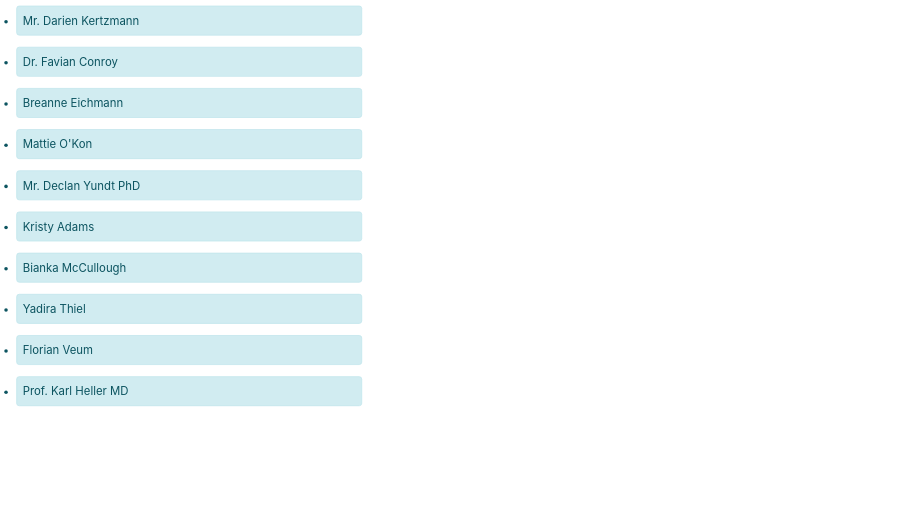
Repository: yatharth-vataliya/the-core-php-js
Page: http://localhost/prac_17.php
The author's editor kept a copy of each file at every save. The page is drawn from the files as they stood at one save, then again after the next save.
The browser window is 1280 px wide. The pictures show the whole page, at 71% of full size.
Some web libraries are served in a nearby version. The page is run by PHP 8.4 with error messages shown; the project is at /var/www/html/. The database holds what the project's SQL file puts in it.

Above is the page before, as saved 2020-12-26 18:19:48.

### prac_17.php
<?php

require_once("db.php");

$st = $pdo->prepare('SELECT * FROM sort_it ORDER BY order_id ASC');
$st->execute();

$data = $st->fetchAll(PDO::FETCH_OBJ);

?>
<!doctype html>
<html lang="en">

<head>
  <!-- Required meta tags -->
  <meta charset="utf-8">
  <meta name="viewport" content="width=device-width, initial-scale=1, shrink-to-fit=no">

  <!-- Bootstrap CSS -->
  <link rel="stylesheet" href="https://cdn.jsdelivr.net/npm/bootstrap@4.5.3/dist/css/bootstrap.min.css" integrity="sha384-TX8t27EcRE3e/ihU7zmQxVncDAy5uIKz4rEkgIXeMed4M0jlfIDPvg6uqKI2xXr2" crossorigin="anonymous">
  <link rel="stylesheet" href="https://code.jquery.com/ui/1.12.1/themes/base/jquery-ui.css">
  <style>

  </style>
  <title>Title</title>
</head>

<body>
  <div class="container-fluid">
    <div class="row">
      <div class="col-md-5">
        <ul id="sortable" class="p-2">
          <?php foreach ($data as $dt) : ?>
            <li class="p-2 alert alert-info" data-id="<?php echo $dt->id; ?>"><?php echo $dt->product_name; ?></li>
          <?php endforeach; ?>
        </ul>
      </div>
    </div>
  </div>

  <div class="container-fluid">

  </div>

  <script src="https://code.jquery.com/jquery-3.5.1.js"></script>
  <script src="https://cdn.jsdelivr.net/npm/bootstrap@4.5.3/dist/js/bootstrap.bundle.min.js"></script>
  <script src="https://code.jquery.com/ui/1.12.1/jquery-ui.js"></script>

  <script>
    $(function() {
      $("#sortable").sortable({
        update: function(event, ui) {
          var od_array = new Array();
          $("#sortable li").each(function() {
            od_array.push($(this).data("id"));
          });
          var http = new XMLHttpRequest();
          http.onreadystatechange = function() {
            if (this.readyState == 4 && this.status == 200) {
              response = JSON.parse(this.response);
              alert(response.message);
            }
          }
          http.open("POST", "reorder.php");
          form_data = new FormData();
          for (i = 0; i < od_array.length; i++) {
            form_data.append('data_id[]', od_array[i]);
          }
          http.send(form_data);
        }
      });
      $("#sortable").disableSelection();
    });
  </script>

</body>

</html>

### db.php
<?php
$dsn = 'mysql:host=localhost;dbname=practice';
$username = 'root';
$password = 'rootroot';
$options = array(
	PDO::MYSQL_ATTR_INIT_COMMAND => 'SET NAMES utf8',
	PDO::ATTR_ERRMODE => PDO::ERRMODE_EXCEPTION
);

$pdo = new PDO($dsn, $username, $password, $options);
?>

### practice.sql (the tables this page reads)
CREATE TABLE `sort_it` (
  `id` int(11) NOT NULL,
  `product_name` varchar(100) NOT NULL,
  `description` varchar(200) DEFAULT NULL,
  `order_id` int(11) NOT NULL DEFAULT '0'
) ENGINE=InnoDB DEFAULT CHARSET=utf8mb4;

INSERT INTO `sort_it` (`id`, `product_name`, `description`, `order_id`) VALUES
(1, 'Kristy Adams', 'Quam ut perferendis vel magnam. Enim deleniti illo doloribus est praesentium. Aliquam aliquam enim autem et dolore. Neque labore deleniti et incidunt.', 6),
(2, 'Yadira Thiel', 'Dignissimos consequatur quidem ea architecto et. Aut asperiores nesciunt velit repellendus error provident dolorum. Qui eos aut in praesentium qui magnam voluptatem.', 7),
(3, 'Mr. Darien Kertzmann', 'Sapiente quaerat consequuntur rem quia. Architecto facere numquam qui. Velit eligendi ex quia qui ipsum.', 1),
(4, 'Dr. Favian Conroy', 'Doloribus similique repellendus nihil explicabo dicta. Similique minima quis mollitia officiis temporibus libero. Sunt sit qui autem consequatur et. Corrupti sed earum delectus voluptatem.', 2),
(5, 'Florian Veum', 'Totam ut vel natus repudiandae quas. Vel quia similique sint. Qui quo architecto culpa dolorem. Rem quos recusandae quas.', 8),
(6, 'Breanne Eichmann', 'Eum ea et sunt ratione quo. Veritatis iusto incidunt et dolor beatae officiis ipsum. Est placeat labore et molestiae ex est. Excepturi et veritatis sunt expedita.', 3),
(7, 'Mattie O\'Kon', 'Quibusdam dolores commodi alias quam eaque et qui. Doloribus ut ipsam tenetur odit quia assumenda ipsam. Sit sed veniam nostrum quis deleniti. Vel ea dolorem eum doloremque.', 4),
(8, 'Mr. Declan Yundt PhD', 'Quaerat et voluptatibus eos. Unde voluptas repellat est qui fugiat sit. Soluta amet est perspiciatis harum ea. Maxime dolorem quam aliquam id. At aut recusandae est consequatur mollitia dolorem unde.', 5),
(9, 'Bianka McCullough', 'Officia ut in et molestias cupiditate qui modi. Quia voluptatem sed rem cupiditate rerum. Enim nihil eligendi assumenda porro.', 6),
(10, 'Prof. Karl Heller MD', 'Aut consectetur sed sunt minus. Dolores quidem aut facilis aut. Accusantium explicabo laudantium consequatur aut similique qui.', 9);

ALTER TABLE `sort_it`
  ADD PRIMARY KEY (`id`);

ALTER TABLE `sort_it`
  MODIFY `id` int(11) NOT NULL AUTO_INCREMENT, AUTO_INCREMENT=11;

After the next save:
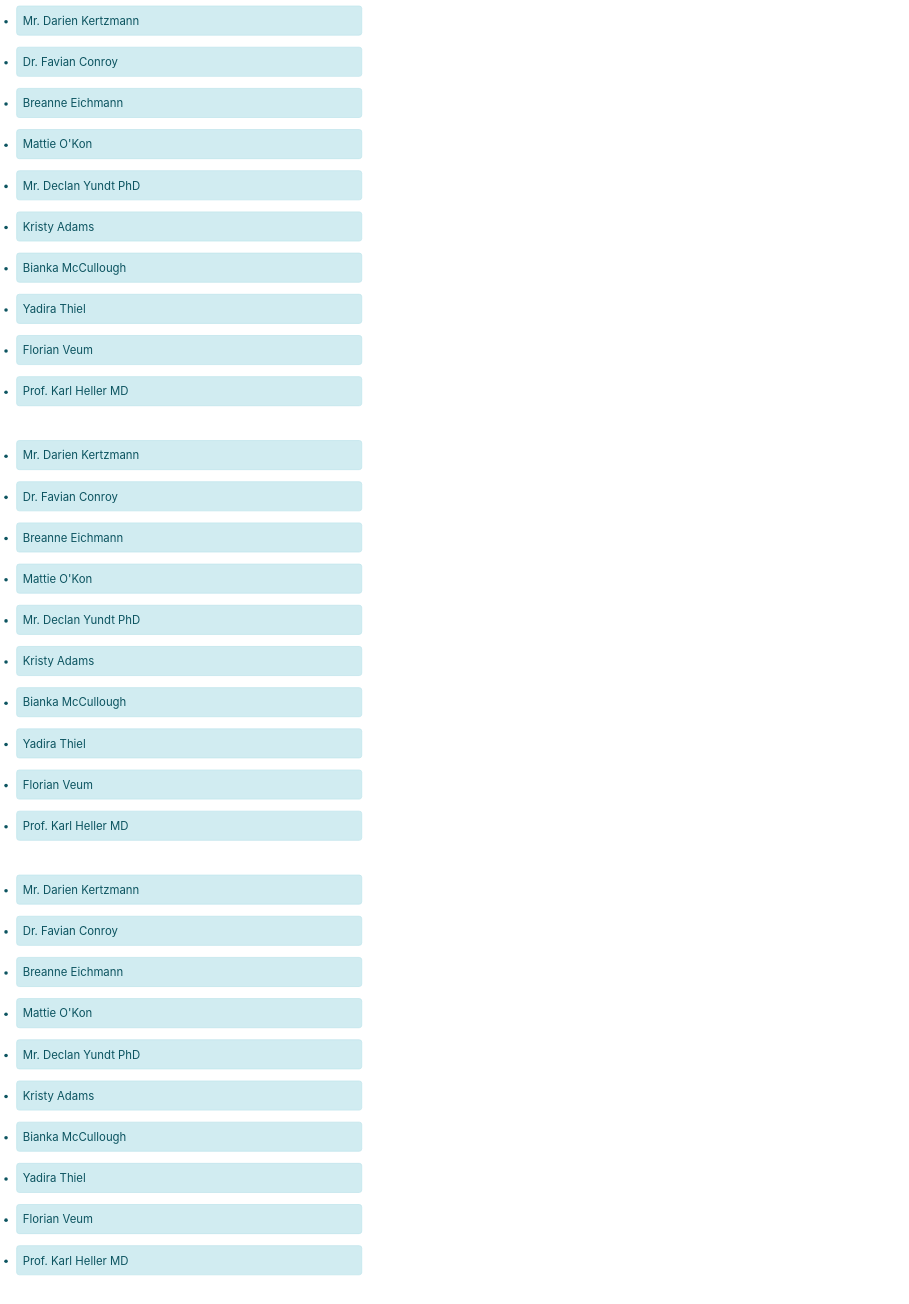
Saved 2 min 31 s later.
--- a/prac_17.php
+++ b/prac_17.php
@@ -39,7 +39,24 @@ $data = $st->fetchAll(PDO::FETCH_OBJ);
   </div>
 
   <div class="container-fluid">
-
+    <div class="row">
+      <div class="col-md-5">
+        <ul id="sortable" class="p-2">
+          <?php foreach ($data as $dt) : ?>
+            <li class="p-2 alert alert-info" data-id="<?php echo $dt->id; ?>"><?php echo $dt->product_name; ?></li>
+          <?php endforeach; ?>
+        </ul>
+      </div>
+    </div>
+    <div class="row">
+      <div class="col-md-5">
+        <ul id="sortable" class="p-2">
+          <?php foreach ($data as $dt) : ?>
+            <li class="p-2 alert alert-info" data-id="<?php echo $dt->id; ?>"><?php echo $dt->product_name; ?></li>
+          <?php endforeach; ?>
+        </ul>
+      </div>
+    </div>
   </div>
 
   <script src="https://code.jquery.com/jquery-3.5.1.js"></script>
